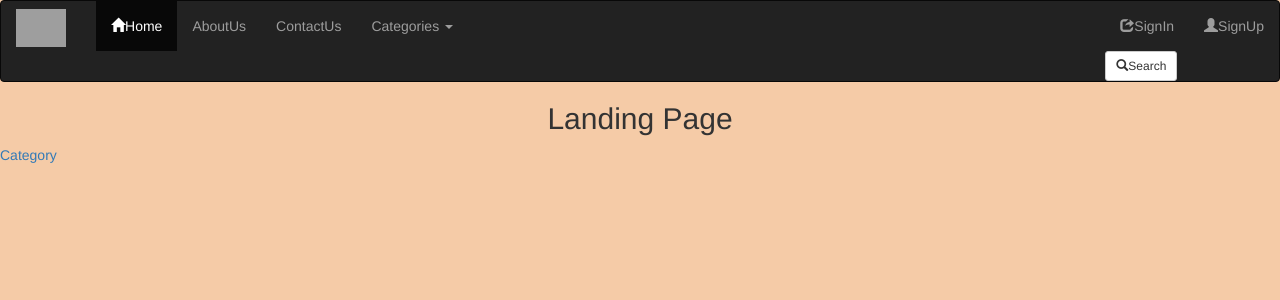
Repository: ananthi024/Java-Programs
Page: http://localhost/ClassyMissyFrontend/
The author's editor kept a copy of each file at every save. The page is drawn from the files as they stood at one save, then again after the next save.
The browser window is 1280 px wide. The pictures show the whole page.
Pictures or frames that could not be fetched are drawn as grey boxes. Some web libraries are served in a nearby version. The page is served by Tomcat 9. Nobody is signed in. The application's start-up code is not run. Other server files are loaded and not shown.

Above is the page before, as saved 2017-06-23 21:32:58.
Console error (its wording comes from the project's code and is left out).

### MyProject-29.06.2017/ClassyMissyFrontend/src/main/webapp/index.jsp
<%@ page language="java" contentType="text/html"%>
<%@include file="WEB-INF/views/Header.jsp" %>
<h2 align="center">Landing Page</h2>
<a href="Category">Category</a>
</body>
</html>

### MyProject-29.06.2017/ClassyMissyFrontend/src/main/webapp/WEB-INF/views/Header.jsp
<%@ page language="java" contentType="text/html"%>

<html>
<head>
<title>Navbar Example</title>
<meta name="viewport" content="width=device-width,initial-scale=1">
<link rel="stylesheet" href="https://maxcdn.bootstrapcdn.com/bootstrap/3.3.7/css/bootstrap.min.css">
<script src="https://maxcdn.bootstrapcdn.com/bootstrap/3.3.7/js/bootstrap.min.js"></script>
<script src="https://ajax.googleapis.com/ajax/libs/jquery/3.1.1/jquery.min.js"></script>
</head>
<body style="background-color:#f5cba7">
<form action="gh">
<!-- Starting The Navbar Code -->
<nav class="navbar navbar-inverse">
<div class="container-fluid">

<div class="navbar-header">
<a class="navbar-brand" rel="home" href="#" title="The Exprssion of Pearl">
                <img style="max-width:50px; margin-top: -7px;"
                     src="E:\New folder\cma2.jpg">
            </a>
<a class="navbar-brand" href="Home.jsp"></a>
</div>


<ul class="nav navbar-nav">
<li class="active"><a href="Home.jsp"><span class="glyphicon glyphicon-home"></span>Home</a></li>
<li><a href="AboutUs">AboutUs</a></li>
<li><a href="ContactUs.jsp">ContactUs</a></li>
 <li class="dropdown"><a href="#" class="dropdown-toggle"
 data-toggle="dropdown" role="button" aria-haspopup="true"
 aria-expanded="false">Categories <span class="caret"></span></a>
          <ul class="dropdown-menu">
            <li><a href="#">Page 1</a></li>
            <li><a href="#">Page 2</a></li>
            <li><a href="#">Page 3</a></li>
          </ul></li>  </ul>

<div class="nav navbar-nav navbar-right">
<li><a href="SignIn.jsp"><span class="glyphicon glyphicon-share"></span>SignIn </a></li>
<li><a href="Register.jsp"><span class="glyphicon glyphicon-user"></span>SignUp </a></li>

<!-- Search Button -->
 <p>
        <li><button type="button" class="btn btn-default btn-sm">
          <span class="glyphicon glyphicon-search"></span>Search
        </button></li>
      </p>
</div>

</div>
</nav>
</form>
</body>
</html>

After the next save:
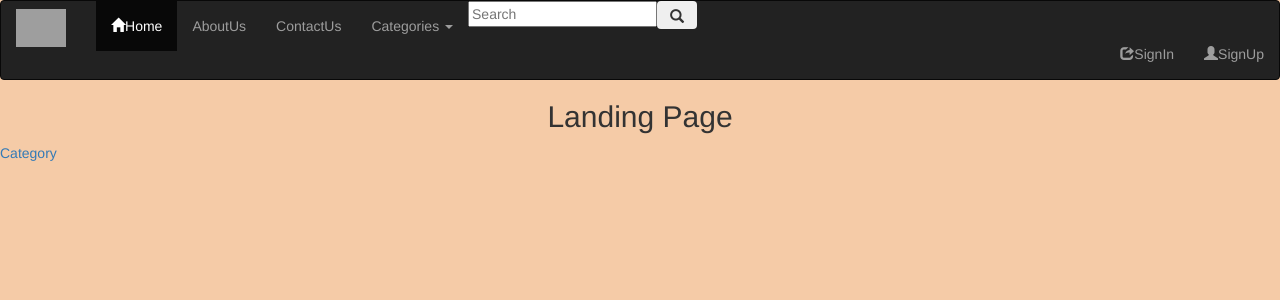
Saved 33 min 0 s later.
--- a/MyProject-29.06.2017/ClassyMissyFrontend/src/main/webapp/WEB-INF/views/Header.jsp
+++ b/MyProject-29.06.2017/ClassyMissyFrontend/src/main/webapp/WEB-INF/views/Header.jsp
@@ -35,17 +35,21 @@
             <li><a href="#">Page 2</a></li>
             <li><a href="#">Page 3</a></li>
           </ul></li>  </ul>
+<!-- Search Button -->
+<form class="navbar-form navbar-left form-horizontal" role="Search">
+<div class="input-group">
+<input type="text" class="search-box" placeholder="Search">
+<button type="submit" class="btn">
+<span class="glyphicon glyphicon-search">
+</span>
+</button>
+</div>
+</form>
 
 <div class="nav navbar-nav navbar-right">
 <li><a href="SignIn.jsp"><span class="glyphicon glyphicon-share"></span>SignIn </a></li>
 <li><a href="Register.jsp"><span class="glyphicon glyphicon-user"></span>SignUp </a></li>
 
-<!-- Search Button -->
- <p>
-        <li><button type="button" class="btn btn-default btn-sm">
-          <span class="glyphicon glyphicon-search"></span>Search
-        </button></li>
-      </p>
 </div>
 
 </div>
